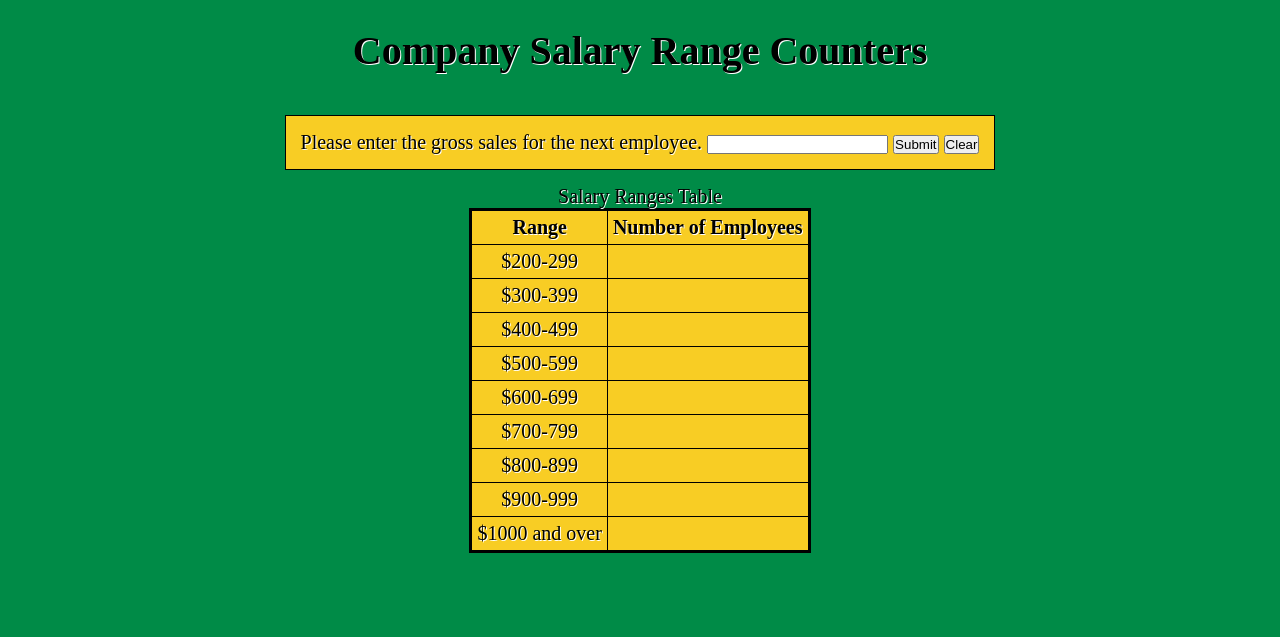
Repository: mlmEFSC21/P17-Sales-Commision
Page: sales.html
The author's editor kept a copy of each file at every save. The page is drawn from the files as they stood at one save, then again after the next save.
The browser window is 1280 px wide. The pictures show the whole page.

Above is the page before, as saved 2022-04-02 08:34:48.

### sales.html
<!DOCTYPE html>
<html lang="en">
    <head>
        <meta charset="UTF-8" />
        <meta http-equiv="X-UA-Compatible" content="IE=edge" />
        <meta name="viewport" content="width=device-width, initial-scale=1.0" />
        <link rel="stylesheet" href="sales.css" />
        <script defer src="sales.js"></script>
        <title>Company Salary Range Counters</title>
    </head>
    <body>
        <header class="mainHeader">
            <h1>Company Salary Range Counters</h1>
        </header>
        <section class="mainContent">
            <div class="formContainer" id="formContainer">
                <form class="salaryForm" id="salaryForm">
                    <label for="grossSales"
                        >Please enter the gross sales for the next employee.</label
                    >
                    <input type="text" name="grossSales" class="salesInp" id="salesInp" required />
                    <button type="submit" class="submit-btn" id="submit-btn">Submit</button>
                    <button type="reset" class="clear-btn" id="clear-btn">Clear</button>
                </form>
            </div>
            <div class="tableContainer" id="tableContainer">
                <table>
                    <caption>
                        Salary Ranges Table
                    </caption>
                    <thead>
                        <tr>
                            <th>Range</th>
                            <th>Number of Employees</th>
                        </tr>
                    </thead>
                    <tbody>
                        <tr>
                            <td>$200-299</td>
                            <td class="ranges" id="ranges"></td>
                        </tr>
                        <tr>
                            <td>$300-399</td>
                            <td class="ranges" id="ranges"></td>
                        </tr>
                        <tr>
                            <td>$400-499</td>
                            <td class="ranges" id="ranges"></td>
                        </tr>
                        <tr>
                            <td>$500-599</td>
                            <td class="ranges" id="ranges"></td>
                        </tr>
                        <tr>
                            <td>$600-699</td>
                            <td class="ranges" id="ranges"></td>
                        </tr>
                        <tr>
                            <td>$700-799</td>
                            <td class="ranges" id="ranges"></td>
                        </tr>
                        <tr>
                            <td>$800-899</td>
                            <td class="ranges" id="ranges"></td>
                        </tr>
                        <tr>
                            <td>$900-999</td>
                            <td class="ranges" id="ranges"></td>
                        </tr>
                        <tr>
                            <td>$1000 and over</td>
                            <td class="ranges" id="ranges"></td>
                        </tr>
                    </tbody>
                    <tfoot></tfoot>
                </table>
            </div>
        </section>
    </body>
</html>

### sales.css
:root {
    --clr-background: #008b47;
    --clr-primary: #f8cd24;
    --clr-secondary: #6bb64a;
}
*,
*::after,
*::before {
    box-sizing: border-box;
    margin: 0;
    padding: 0;
}
body {
    background-color: var(--clr-background);
    font-size: 20px;
    text-shadow: 1px 1px #fff;
}
.mainHeader {
    display: flex;
    align-items: center;
    justify-content: center;
    height: 100px;
}

.mainContent {
    display: flex;
    flex-direction: column;
}
.formContainer {
    display: flex;
    flex-direction: column;
    align-self: center;
    justify-self: center;
    border: 1px ridge black;
    margin: 15px;
    padding: 15px;
    background-color: var(--clr-primary);
}
.tableContainer {
    justify-self: center;
    align-self: center;
}
table {
    border-collapse: collapse;
    border: 3px solid black;
    background-color: var(--clr-primary);
}
th,
tr,
td {
    border: 1px solid black;
    margin: 5px;
    padding: 5px;
    text-align: center;
}

### sales.js
//  base salary = $200 + commission
// commission = gross sales * 9%
// range floor / 100 - 2 = index 0 - 8
// test: x1 = Math.floor(218 / 100) - 2;
// works for all ranges below the last. Just check for >1000 first.
const baseSalary = 200;
let commissionAmount = 0;
let totalSalary = 0;
let employeeNum = 0;
let salaryRanges = [0, 0, 0, 0, 0, 0, 0, 0, 0];
let weeklyGrossSales = [];

const form = document.querySelector("#salaryForm");
const salesInput = document.getElementById("salesInp");
const td = document.querySelectorAll("td#ranges");
form.addEventListener("submit", getWeeklySal);
const resetBtn = document.querySelector("#clear-btn");
resetBtn.addEventListener("click", clearAllSalaries);

function getWeeklySal(e) {
    e.preventDefault();
    employeeNum++;
    weeklyGrossSales = parseInt(salesInput.value);
    calcCommission();
    calcTotalWeeklySalary();
    calcSalaryRange(totalSalary);
    fillRangeCol();
    salesInput.value = "";
}
function calcCommission() {
    commissionAmount = weeklyGrossSales * 0.09;
}
function calcTotalWeeklySalary() {
    totalSalary = baseSalary + commissionAmount;
    console.log(totalSalary);
    console.log(salaryRanges);
}
function calcSalaryRange(totalSalary) {
    if (totalSalary >= 1000) {
        salaryRanges[8] += 1;
    } else if (totalSalary < 1000) {
        let i = Math.floor(totalSalary / 100) - 2;
        salaryRanges[i] = salaryRanges[i] + 1;
    }
}
//append the table
function fillRangeCol() {
    for (let i = 0; i < salaryRanges.length; i++) {
        td[i].innerText = salaryRanges[i];
    }
}
//reset button
function clearAllSalaries() {
    salesInput.value = "";
    salaryRanges = [0, 0, 0, 0, 0, 0, 0, 0, 0];
    weeklyGrossSales = [];
    for (let i = 0; i < salaryRanges.length; i++) {
        td[i].innerText = 0;
    }
}

console.log(salaryRanges);
console.log(weeklyGrossSales);

After the next save:
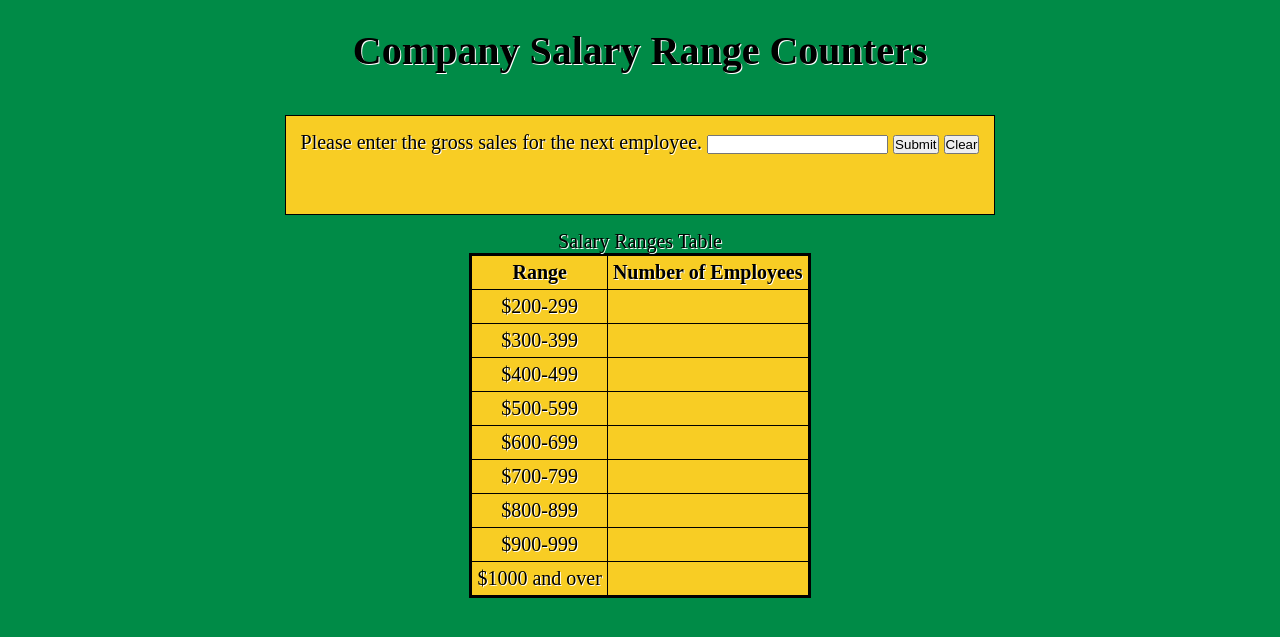
Saved 13 s later.
--- a/sales.css
+++ b/sales.css
@@ -27,8 +27,7 @@ body {
     flex-direction: column;
 }
 .formContainer {
-    display: flex;
-    flex-direction: column;
+    height: 100px;
     align-self: center;
     justify-self: center;
     border: 1px ridge black;
